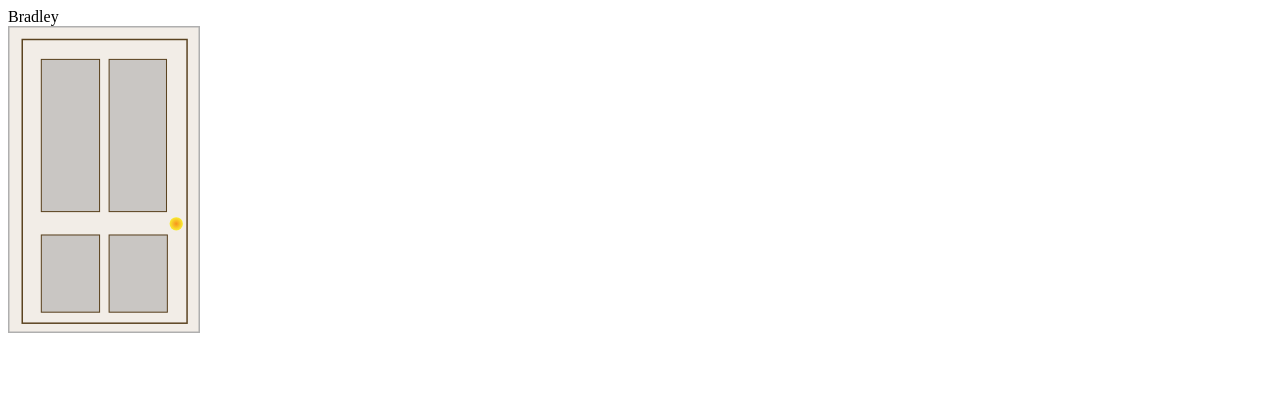
Repository: dnguyen130/HelpAHomieV3
Page: index.html
These files come from the project's save history. The page is drawn as it stood at one moment and after the next save; the edit follows.
The browser window is 1280 px wide. The pictures show the whole page.

Above is the page before, as saved 2021-03-10 18:36:30.

After the next save:
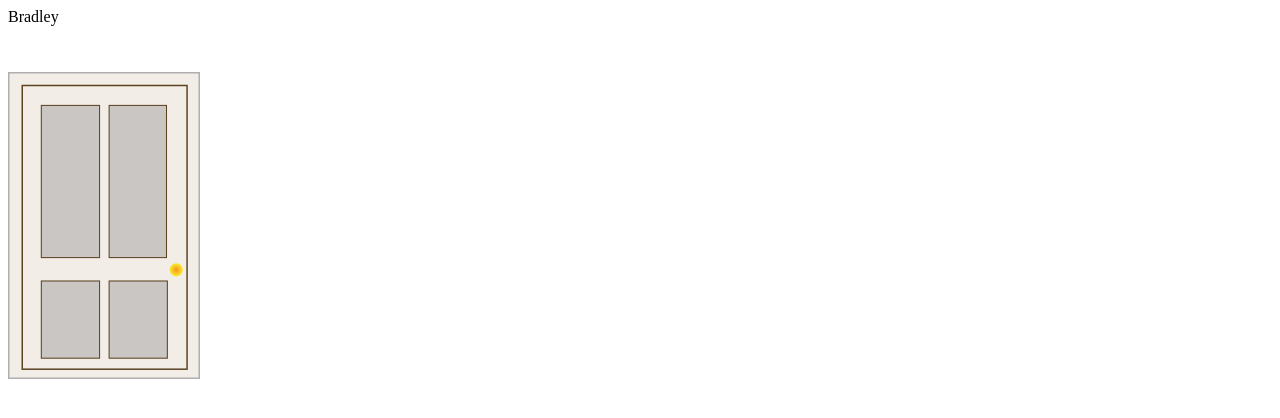
Saved 7 s later.
--- a/comps/Door/index.js
+++ b/comps/Door/index.js
@@ -6,6 +6,7 @@ function DoorUI(image="images/doorclosed.svg", hoverimage="images/dooropened.svg
         ">
             <div style="
                 width: 3rem;
+                height: 4rem;
             ">${text}
             </div>
             <img
